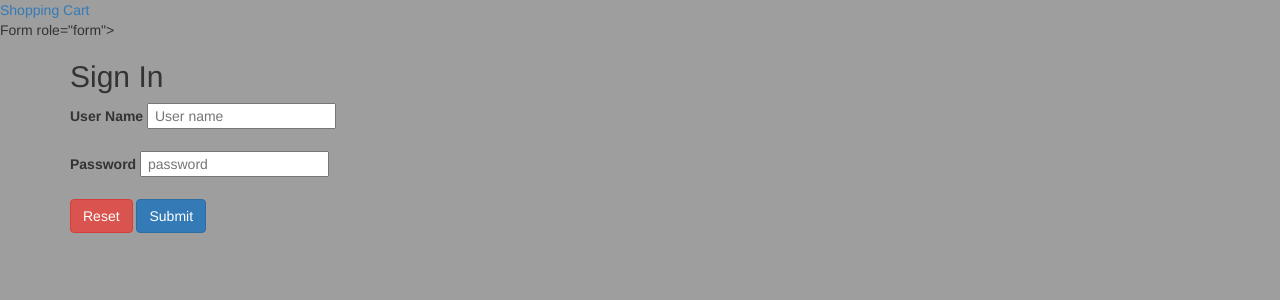
Repository: AravindMarshall/ShoppingCart
Page: http://localhost/Phineas/Login.jsp
An editor plug-in stored every save of this project. The page is shown before and after the next save, followed by the edit.
The browser window is 1280 px wide. The pictures show the whole page.
The page is served by Tomcat 9.

Above is the page before, as saved 2016-06-10 08:56:28.

After the next save:
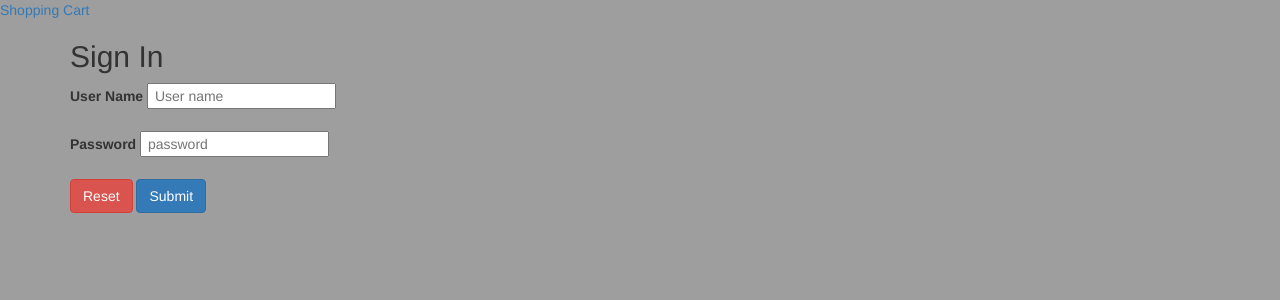
Saved 116 s later.
--- a/NIIT Shopping Cart/Phineas/WebContent/Login.jsp
+++ b/NIIT Shopping Cart/Phineas/WebContent/Login.jsp
@@ -14,7 +14,7 @@
  <a href="home.jsp">Shopping Cart</a>
 
 <form action="LoginServlet" method ="post">
-Form role="form">
+<Form role="form">
 <div class="container">
   <body background="F:\Sample Car pictures\Car1.jpg">
       </div>
